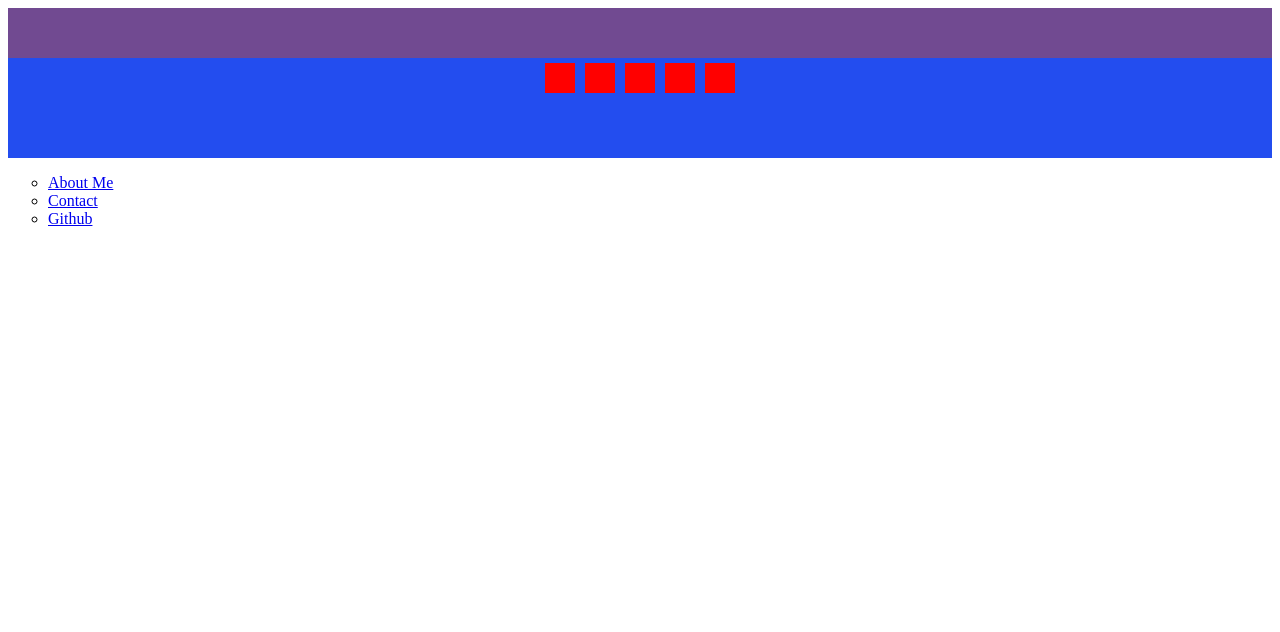
Repository: Mohzagou/Eersteportofolio
Page: index.html
These files come from the project's save history. The page is drawn as it stood at one moment and after the next save; the edit follows.
The browser window is 1280 px wide. The pictures show the whole page.

Above is the page before, as saved 2022-06-07 20:06:41.

### index.html
<!DOCTYPE html>


<head>
    <link rel="stylesheet" href="styles.css" />
    <meta charset="UTF-8">

    <title>Document</title>
</head>

<body>

    <header></header>



    <section>
        <div class="test"></div>
        <div class="test"></div>
        <div class="test"></div>
        <div class="test"></div>
        <div class="test"></div>
    </section>
    <footer>
        <ul style="list-style-type: circle ">
            <li><a href=" ">About Me</a></li>
            <li><a href=" ">Contact</a></li>
            <li><a href="https://github.com/Mohzagou ">Github</a></li>

        </ul>

    </footer>



</body>



</html>

### styles.css
body {
    display: flex;
    flex-direction: column;
}

header {
    width: 100%;
    height: 50px;
    background-color: rgb(113, 74, 145);
}

section {
    width: 100%;
    height: 100px;
    background-color: #234def;
    display: flex;
    justify-content: center;
}

.about-me {
    width: 100%;
    height: 200px;
    background-color: rgb(177, 69, 21, 0.8);
    /*margin: 10px 0 10px 0;
    border: solid black 10px;
    border-radius: 15px;*/
}

.avatar {
    width: 100px;
    border-radius: 50px;
}

#name {
    color: blue;
}

.test {
    width: 30px;
    height: 30px;
    background-color: red;
    margin: 5px;
}

After the next save:
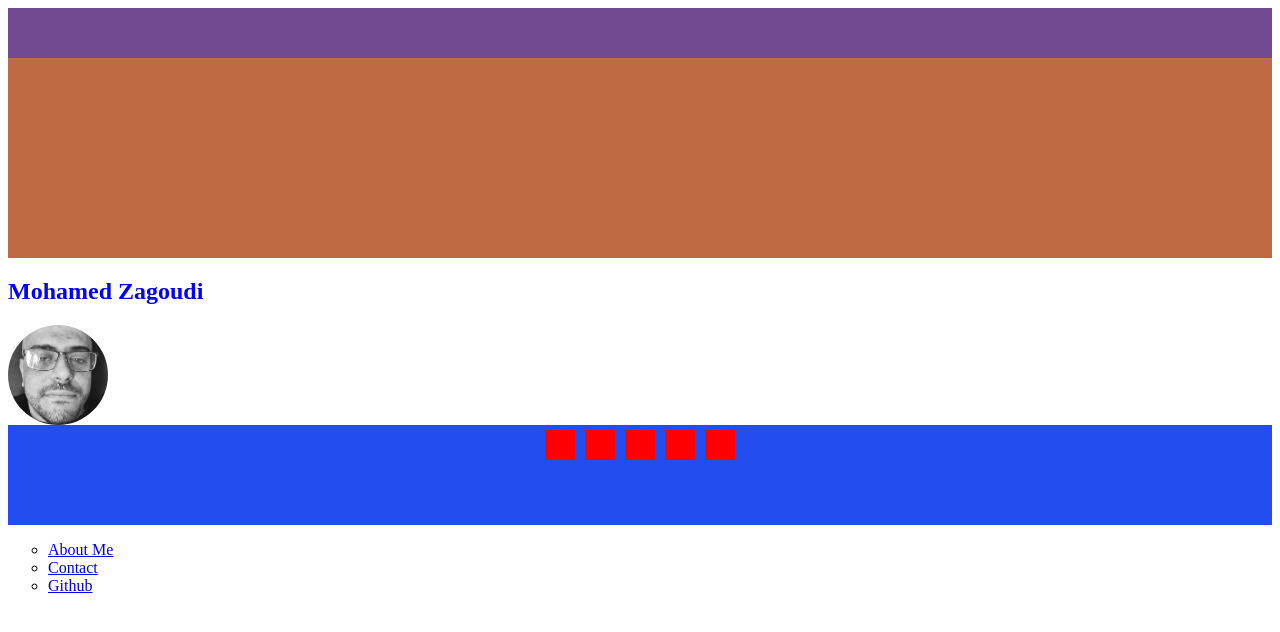
Saved 28 s later.
--- a/index.html
+++ b/index.html
@@ -12,24 +12,27 @@
 
     <header></header>
 
+    <div class="about-me"></div>
+    <h2 id="name">Mohamed Zagoudi</h2>
+    <img class="avatar" src="images/67gwzvy.jpeg" alt="Mohamed Zagoudi headshot " />
+    <div>
 
+        <section>
+            <div class="test"></div>
+            <div class="test"></div>
+            <div class="test"></div>
+            <div class="test"></div>
+            <div class="test"></div>
+        </section>
+        <footer>
+            <ul style="list-style-type: circle ">
+                <li><a href=" ">About Me</a></li>
+                <li><a href=" ">Contact</a></li>
+                <li><a href="https://github.com/Mohzagou ">Github</a></li>
 
-    <section>
-        <div class="test"></div>
-        <div class="test"></div>
-        <div class="test"></div>
-        <div class="test"></div>
-        <div class="test"></div>
-    </section>
-    <footer>
-        <ul style="list-style-type: circle ">
-            <li><a href=" ">About Me</a></li>
-            <li><a href=" ">Contact</a></li>
-            <li><a href="https://github.com/Mohzagou ">Github</a></li>
+            </ul>
 
-        </ul>
-
-    </footer>
+        </footer>
 
 
 

After the save that followed:
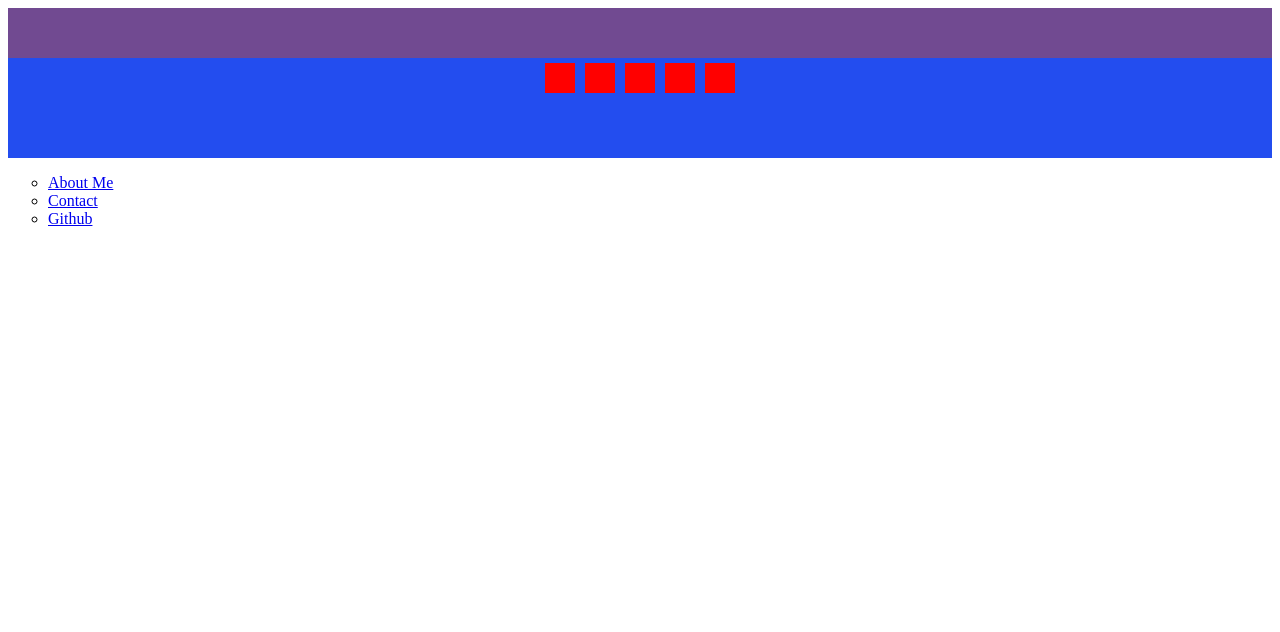
Saved 9 s later.
--- a/index.html
+++ b/index.html
@@ -12,27 +12,24 @@
 
     <header></header>
 
-    <div class="about-me"></div>
-    <h2 id="name">Mohamed Zagoudi</h2>
-    <img class="avatar" src="images/67gwzvy.jpeg" alt="Mohamed Zagoudi headshot " />
-    <div>
 
-        <section>
-            <div class="test"></div>
-            <div class="test"></div>
-            <div class="test"></div>
-            <div class="test"></div>
-            <div class="test"></div>
-        </section>
-        <footer>
-            <ul style="list-style-type: circle ">
-                <li><a href=" ">About Me</a></li>
-                <li><a href=" ">Contact</a></li>
-                <li><a href="https://github.com/Mohzagou ">Github</a></li>
 
-            </ul>
+    <section>
+        <div class="test"></div>
+        <div class="test"></div>
+        <div class="test"></div>
+        <div class="test"></div>
+        <div class="test"></div>
+    </section>
+    <footer>
+        <ul style="list-style-type: circle ">
+            <li><a href=" ">About Me</a></li>
+            <li><a href=" ">Contact</a></li>
+            <li><a href="https://github.com/Mohzagou ">Github</a></li>
 
-        </footer>
+        </ul>
+
+    </footer>
 
 
 
